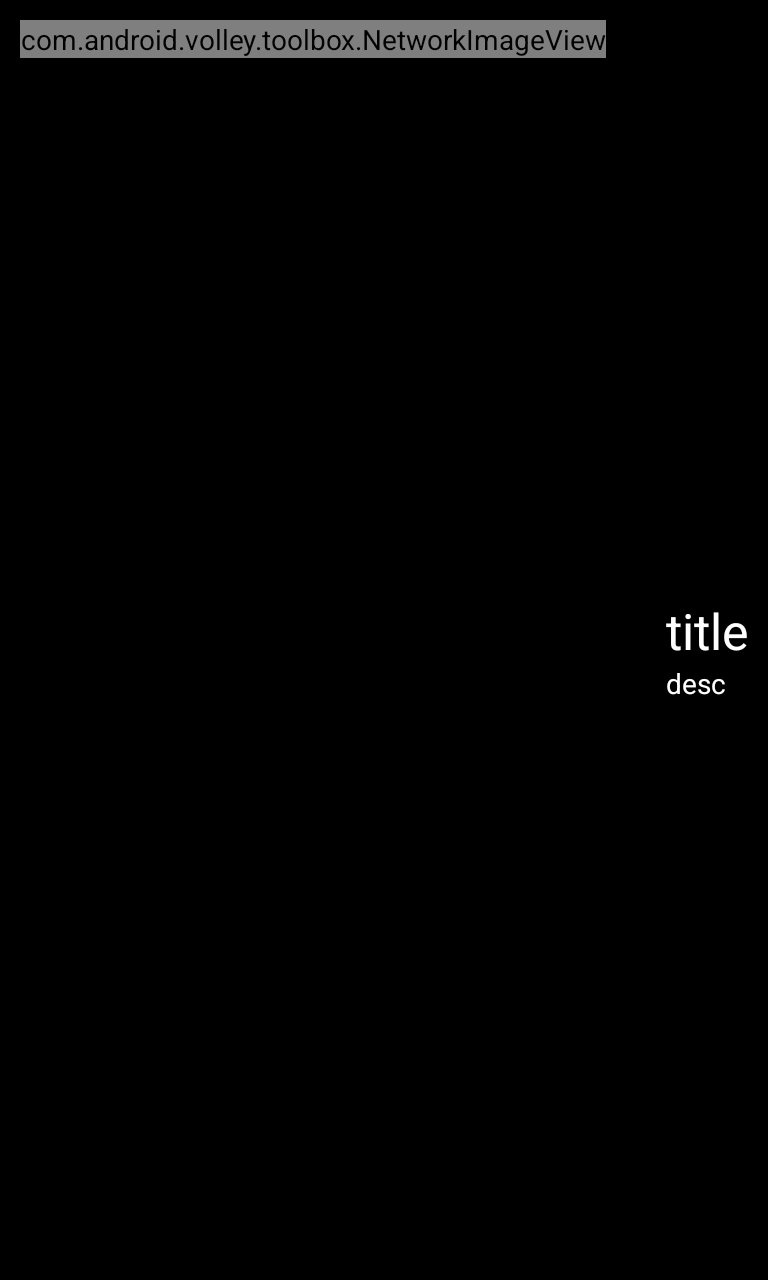
Repository: cnevinc/togather
Layout: GeorgeMe/res/layout/list_item_shop.xml
The author's editor kept a copy of each file at every save. The layout is drawn from the files as they stood at one save, then again after the next save.
Pictures or frames that could not be fetched are drawn as grey boxes. It is drawn on a 768 x 1280 px phone screen (xhdpi) without system bars, with theme android:Theme.Holo; the app's code is not run.

Above is the layout before, as saved 2014-07-26 16:32:00.

After the next save:
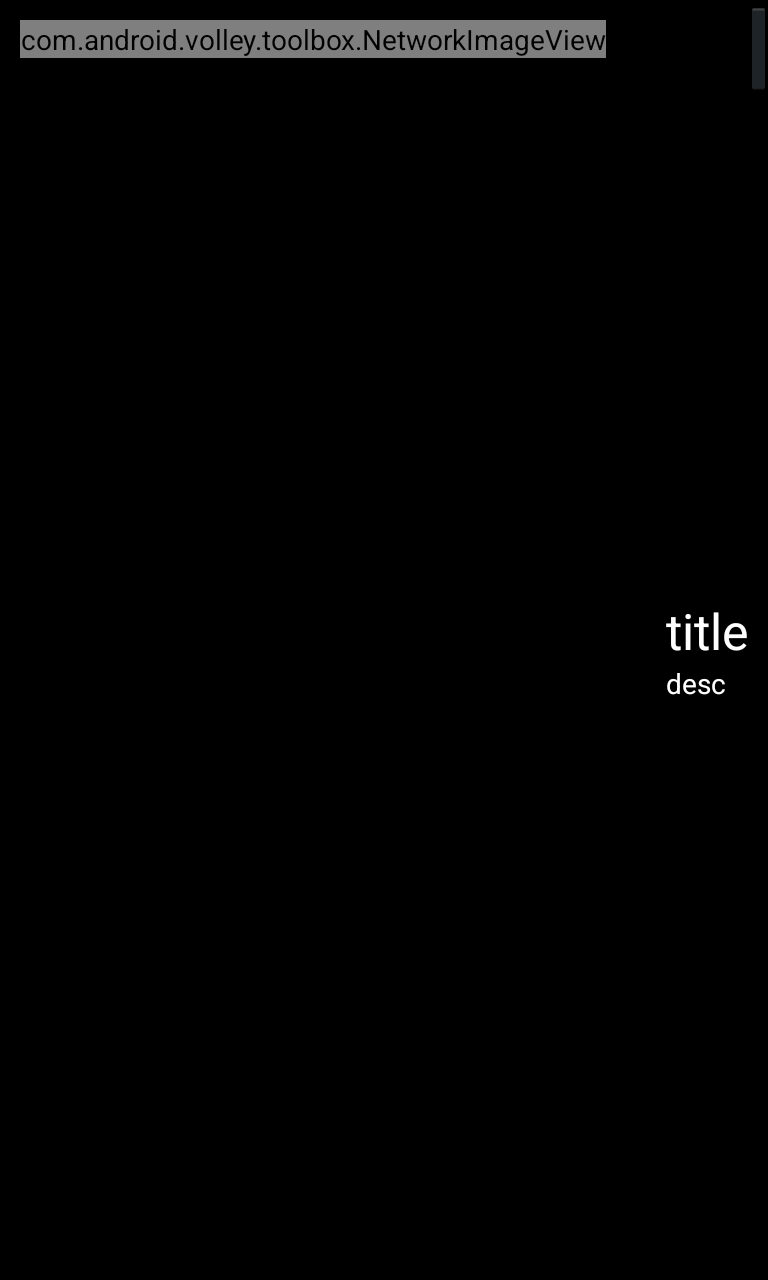
Saved 52 s later.
--- a/GeorgeMe/res/layout/list_item_shop.xml
+++ b/GeorgeMe/res/layout/list_item_shop.xml
@@ -74,7 +74,13 @@
                 android:layout_marginLeft="10dp"
                 android:text="desc"
                 android:textColor="#ffffff" />
-        </RelativeLayout>
+        </RelativeLayout><Button
+            android:id="@+id/main_acgtion"
+            android:layout_toRightOf="@+id/relativeLayout1"
+            android:layout_width="wrap_content"
+            android:layout_height="wrap_content"
+        ></Button>
+
     </RelativeLayout>
 
 </FrameLayout>
